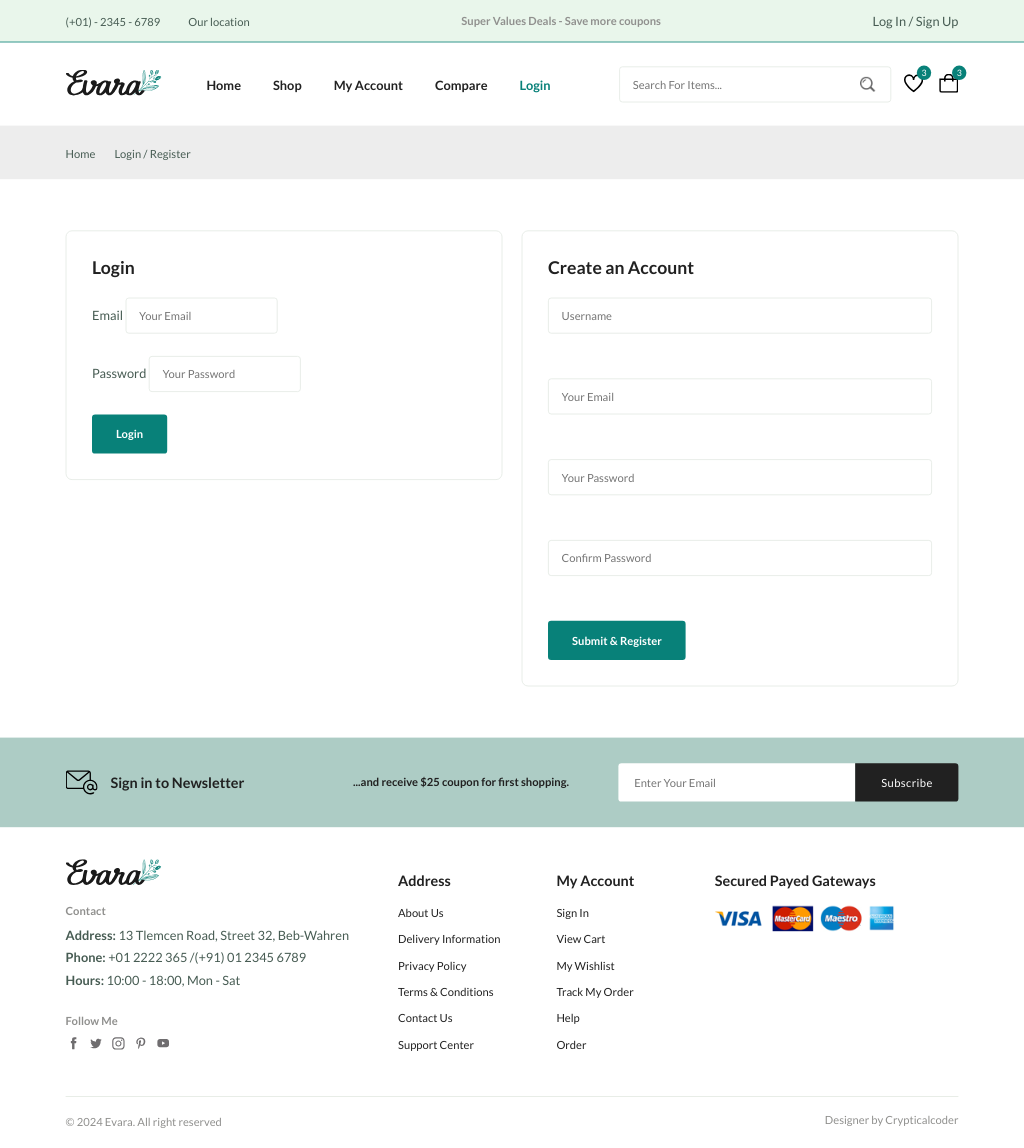
Repository: binhphanbp/evara-ecommerce
Page: login-register.html
These files come from the project's save history. The page is drawn as it stood at one moment and after the next save; the edit follows.
The browser window is 1280 px wide. The pictures show the whole page, at 80% of full size.

Above is the page before, as saved 2025-04-14 17:08:35.

After the next save:
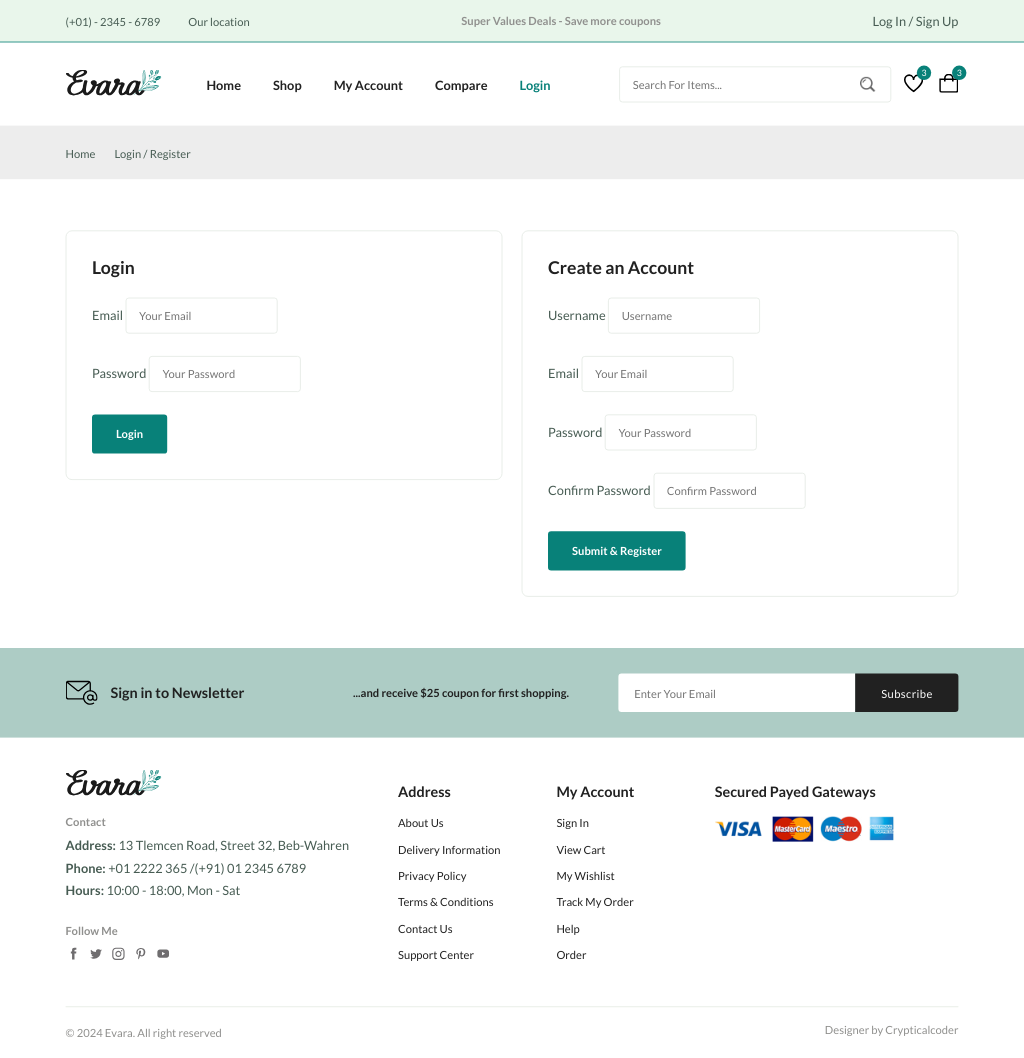
Saved 10 s later.
--- a/login-register.html
+++ b/login-register.html
@@ -140,36 +140,48 @@
 
             <!-- Form Register -->
             <form id="registerForm" class="form grid">
-              <input
-                type="text"
-                id="regUsername"
-                placeholder="Username"
-                class="form__input"
-              />
-              <span id="regUsernameError" class="error"></span>
-              <input
-                type="text"
-                id="regEmail"
-                placeholder="Your Email"
-                class="form__input"
-              />
-              <span id="regEmailError" class="error"></span>
-              <input
-                type="password"
-                id="regPassword"
-                placeholder="Your Password"
-                class="form__input"
-              />
-              <span id="regPasswordError" class="error"></span>
-              <input
-                type="password"
-                id="regConfirmPassword"
-                placeholder="Confirm Password"
-                class="form__input"
-              />
-              <span id="regConfirmPasswordError" class="error"></span>
+              <div class="form-group">
+                <label for="regUsername">Username</label>
+                <input
+                  type="text"
+                  id="regUsername"
+                  placeholder="Username"
+                  class="form__input"
+                />
+                <span id="regUsernameError" class="error"></span>
+              </div>
+              <div class="form-group">
+                <label for="regEmail">Email</label>
+                <input
+                  type="text"
+                  id="regEmail"
+                  placeholder="Your Email"
+                  class="form__input"
+                />
+                <span id="regEmailError" class="error"></span>
+              </div>
+              <div class="form-group">
+                <label for="regPassword">Password</label>
+                <input
+                  type="password"
+                  id="regPassword"
+                  placeholder="Your Password"
+                  class="form__input"
+                />
+                <span id="regPasswordError" class="error"></span>
+              </div>
+              <div class="form-group">
+                <label for="regConfirmPassword">Confirm Password</label>
+                <input
+                  type="password"
+                  id="regConfirmPassword"
+                  placeholder="Confirm Password"
+                  class="form__input"
+                />
+                <span id="regConfirmPasswordError" class="error"></span>
+              </div>
               <div class="form__btn">
-                <button class="btn" type="submit">Submit &amp; Register</button>
+                <button class="btn" type="submit">Submit & Register</button>
               </div>
             </form>
           </div>

After the 2 saves that followed:
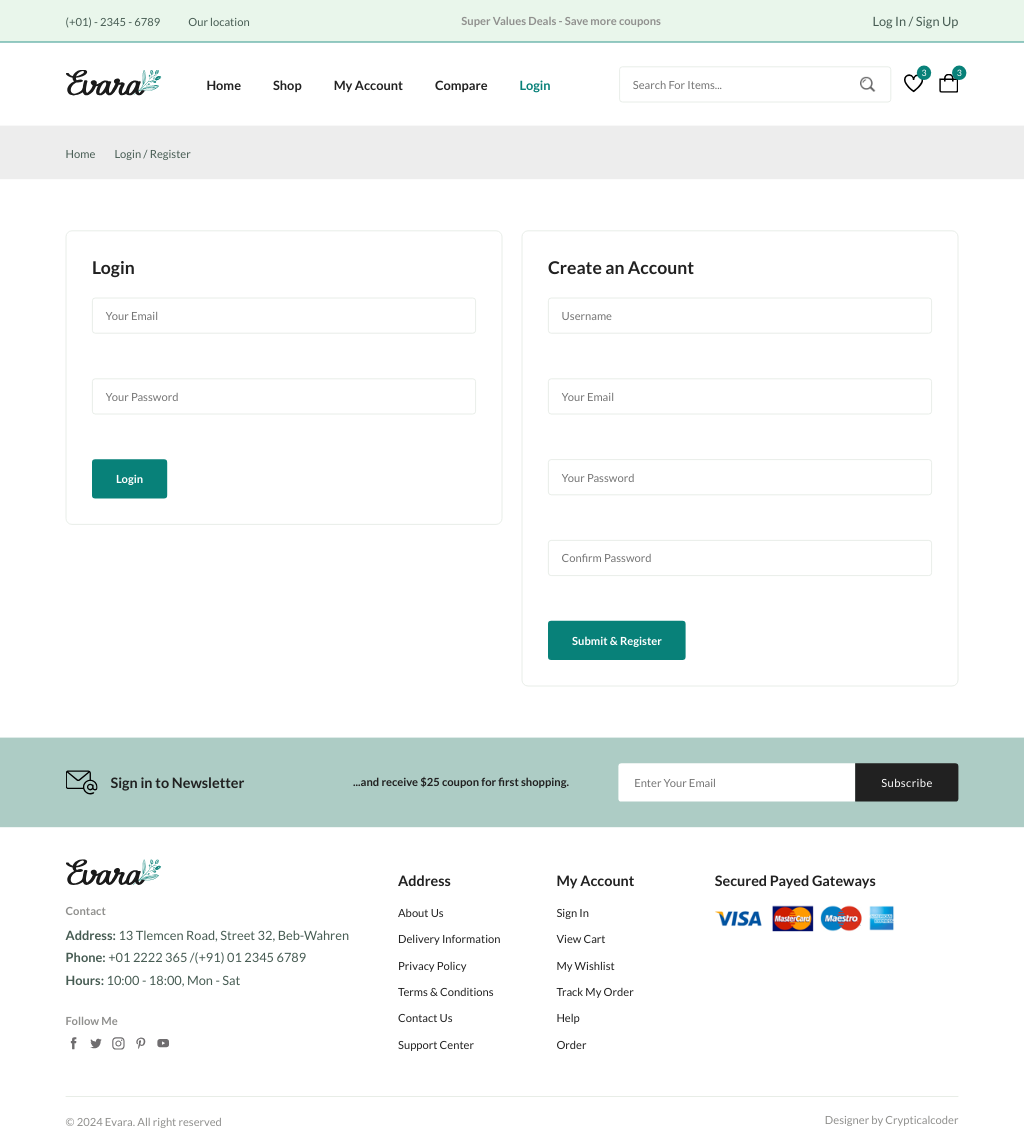
The 2 saves are shown as one change because 1 left the picture as it was.
The last was saved 78 s later.
--- a/login-register.html
+++ b/login-register.html
@@ -110,26 +110,20 @@
 
             <!-- Form Login -->
             <form id="loginForm" class="form grid">
-              <div class="form-group">
-                <label for="loginEmail">Email</label>
-                <input
-                  type="text"
-                  id="loginEmail"
-                  placeholder="Your Email"
-                  class="form__input"
-                />
-                <span id="loginEmailError" class="error"></span>
-              </div>
-              <div class="form-group">
-                <label for="loginPassword">Password</label>
-                <input
-                  type="password"
-                  id="loginPassword"
-                  placeholder="Your Password"
-                  class="form__input"
-                />
-                <span id="loginPasswordError" class="error"></span>
-              </div>
+              <input
+                type="text"
+                id="loginEmail"
+                placeholder="Your Email"
+                class="form__input"
+              />
+              <span id="loginEmailError" class="error"></span>
+              <input
+                type="password"
+                id="loginPassword"
+                placeholder="Your Password"
+                class="form__input"
+              />
+              <span id="loginPasswordError" class="error"></span>
               <div class="form__btn">
                 <button class="btn" type="submit">Login</button>
               </div>
@@ -140,48 +134,36 @@
 
             <!-- Form Register -->
             <form id="registerForm" class="form grid">
-              <div class="form-group">
-                <label for="regUsername">Username</label>
-                <input
-                  type="text"
-                  id="regUsername"
-                  placeholder="Username"
-                  class="form__input"
-                />
-                <span id="regUsernameError" class="error"></span>
-              </div>
-              <div class="form-group">
-                <label for="regEmail">Email</label>
-                <input
-                  type="text"
-                  id="regEmail"
-                  placeholder="Your Email"
-                  class="form__input"
-                />
-                <span id="regEmailError" class="error"></span>
-              </div>
-              <div class="form-group">
-                <label for="regPassword">Password</label>
-                <input
-                  type="password"
-                  id="regPassword"
-                  placeholder="Your Password"
-                  class="form__input"
-                />
-                <span id="regPasswordError" class="error"></span>
-              </div>
-              <div class="form-group">
-                <label for="regConfirmPassword">Confirm Password</label>
-                <input
-                  type="password"
-                  id="regConfirmPassword"
-                  placeholder="Confirm Password"
-                  class="form__input"
-                />
-                <span id="regConfirmPasswordError" class="error"></span>
-              </div>
+              <input
+                type="text"
+                id="regUsername"
+                placeholder="Username"
+                class="form__input"
+              />
+              <span id="regUsernameError" class="error"></span>
+              <input
+                type="text"
+                id="regEmail"
+                placeholder="Your Email"
+                class="form__input"
+              />
+              <span id="regEmailError" class="error"></span>
+              <input
+                type="password"
+                id="regPassword"
+                placeholder="Your Password"
+                class="form__input"
+              />
+              <span id="regPasswordError" class="error"></span>
+              <input
+                type="password"
+                id="regConfirmPassword"
+                placeholder="Confirm Password"
+                class="form__input"
+              />
+              <span id="regConfirmPasswordError" class="error"></span>
               <div class="form__btn">
-                <button class="btn" type="submit">Submit & Register</button>
+                <button class="btn" type="submit">Submit &amp; Register</button>
               </div>
             </form>
           </div>
